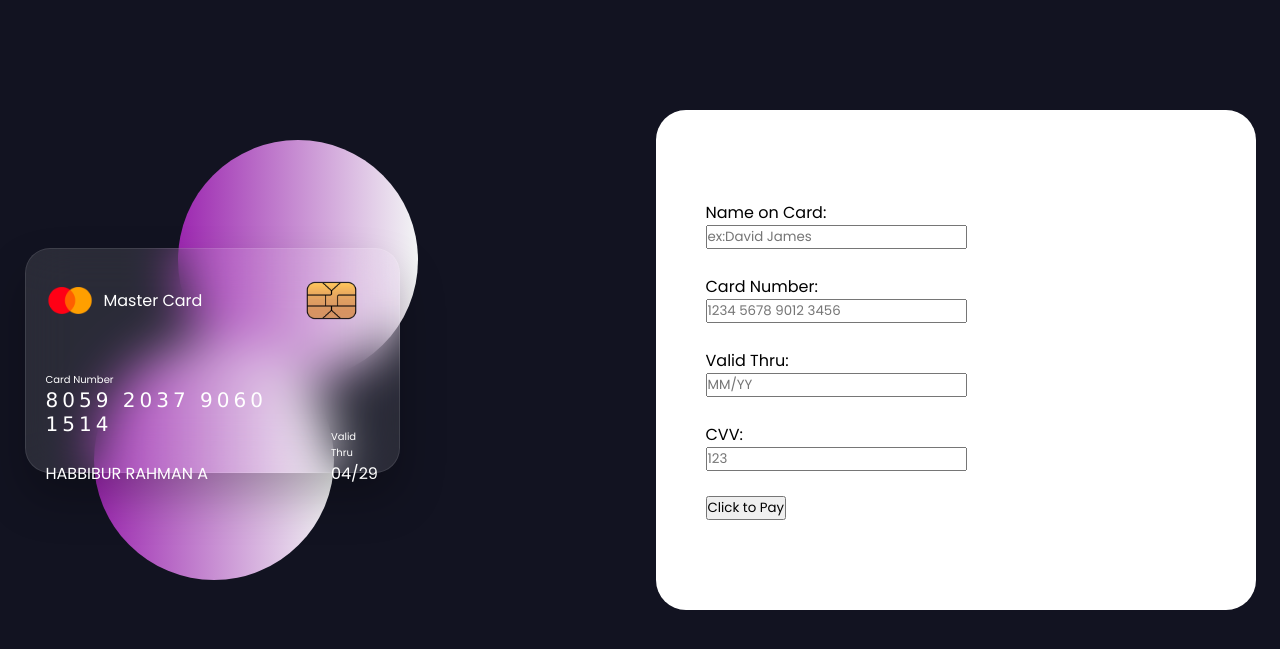
Repository: Habeebur1493/-002-Prompt
Page: index.html
An editor plug-in stored every save of this project. The page is shown before and after a run of saves, followed by the edit.
The browser window is 1280 px wide. The pictures show the whole page.

Above is the page before, as saved 2024-09-11 01:20:50.

After the next 2 saves:
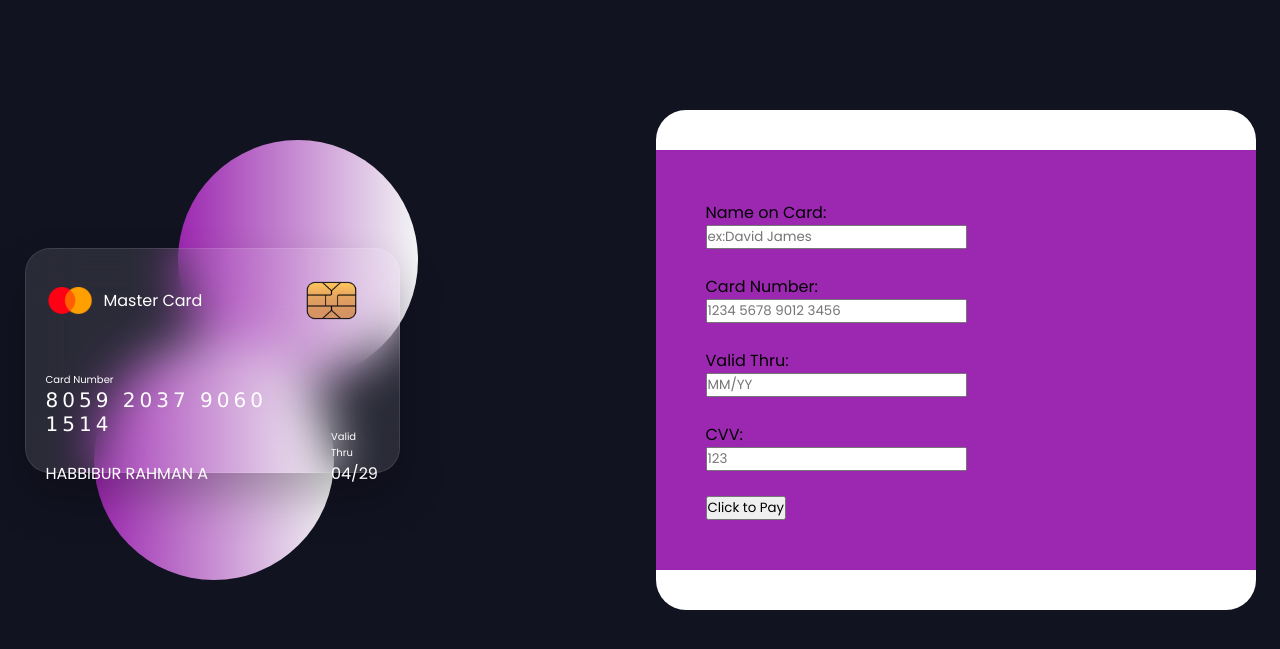
The 2 saves are shown as one change because they came seconds apart.
The last was saved 8 s later.
--- a/style.css
+++ b/style.css
@@ -180,4 +180,5 @@
     align-items: flex-start;
     width: 100%;
     padding: 50px;
+    background-color: #9c27b0;
 }
